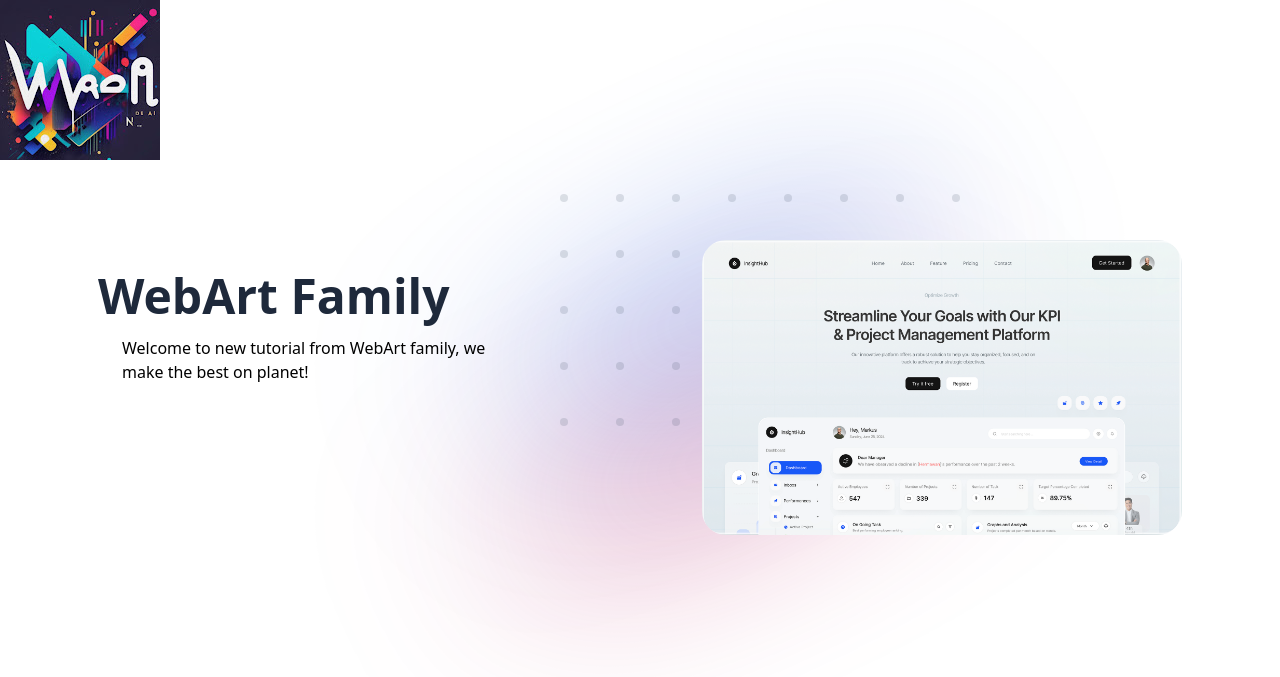
Repository: 30namp/youtube-web-art-code
Page: stunning landing page 1/index.html
These files come from the project's save history. The page is drawn as it stood at one moment and after the next save; the edit follows.
The browser window is 1280 px wide. The pictures show the whole page.

Above is the page before, as saved 2024-09-26 21:05:27.

After the next save:
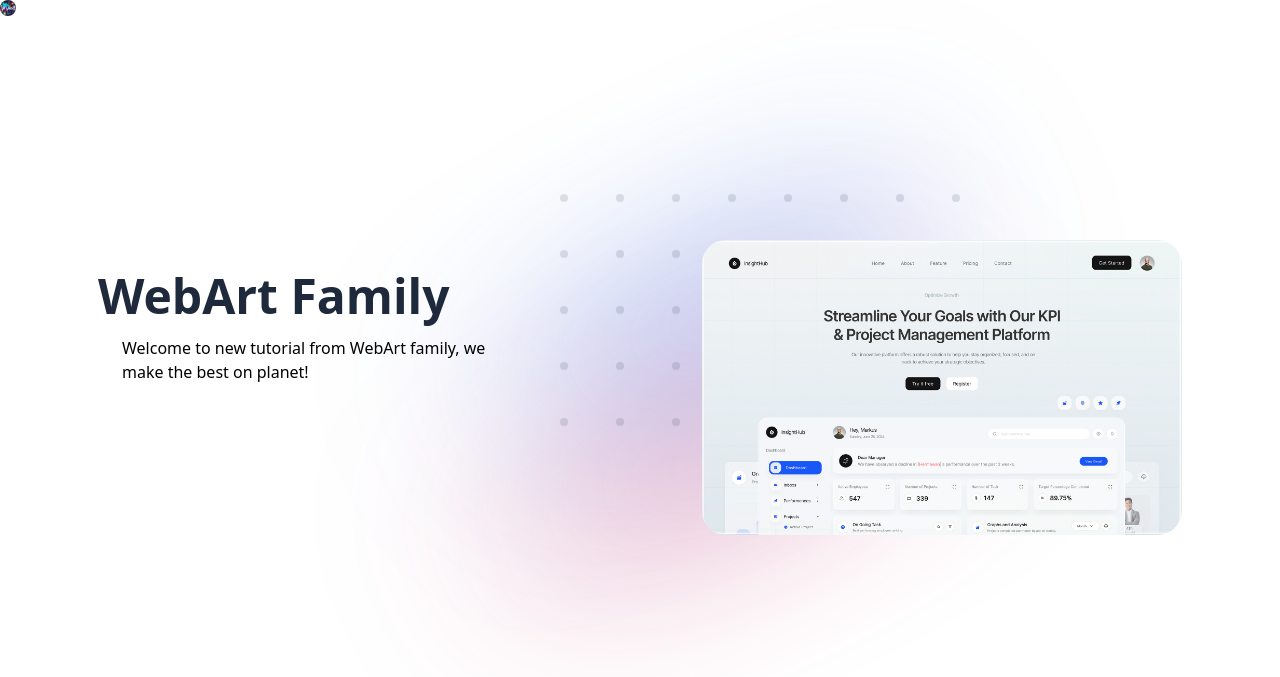
Saved 17 s later.
--- a/stunning landing page 1/index.html
+++ b/stunning landing page 1/index.html
@@ -63,7 +63,7 @@
       class="absolute top-0 left-0 right-0 flex justify-between items-center"
     >
       <a href="/">
-        <img src="./assets/img/logo.jpg" alt="" />
+        <img class="size-4 rounded-full" src="./assets/img/logo.jpg" alt="" />
       </a>
     </nav>
 
